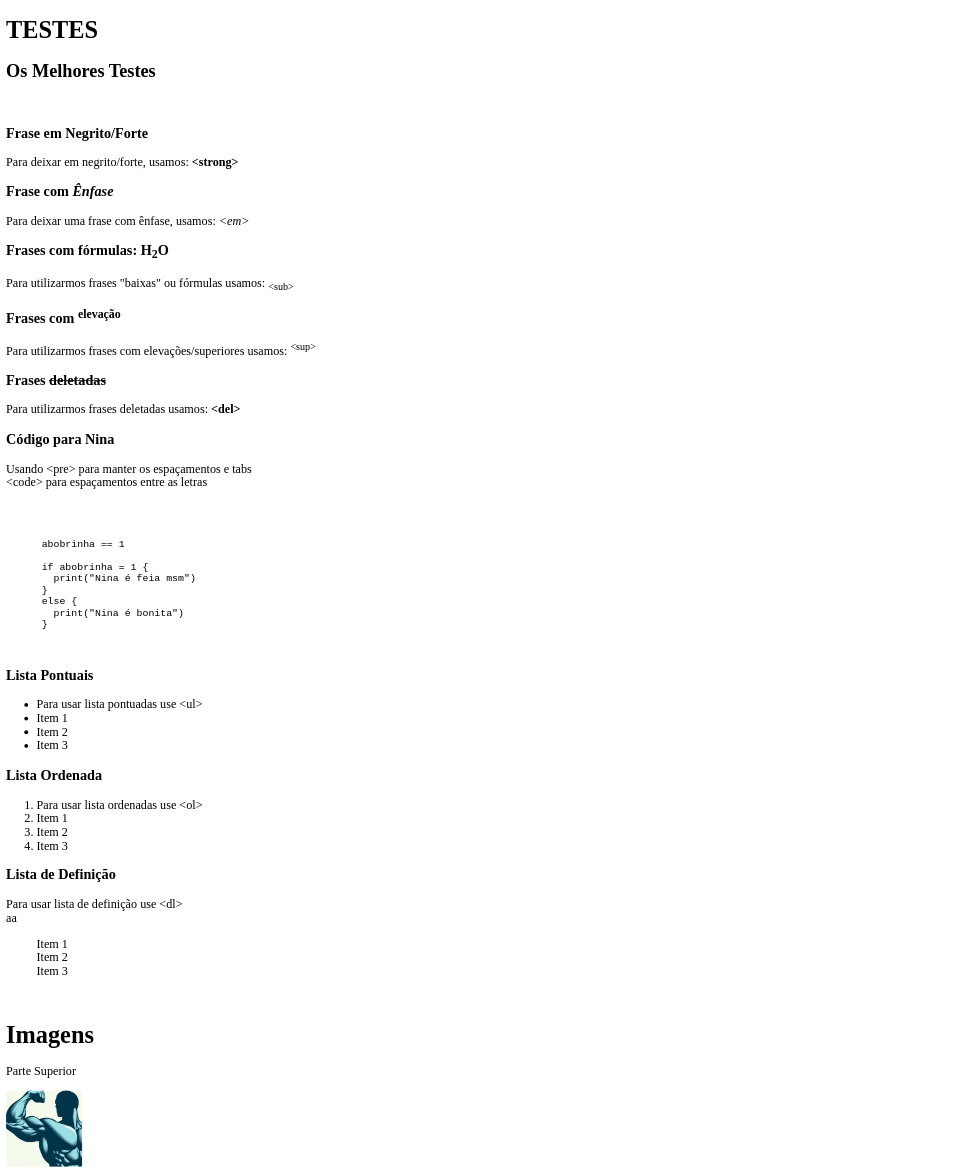
Repository: LuidyOn/Site_Forca_Total
Page: ForçaTotal/teste.html
The author's editor kept a copy of each file at every save. The page is drawn from the files as they stood at one save, then again after a run of saves.
The browser window is 1280 px wide. The pictures show the whole page, at 76% of full size.

Above is the page before, as saved 2025-05-15 14:04:42.

### ForçaTotal/teste.html
<!DOCTYPE html>
<html lang="pt-br">
<head>
  <meta charset="UTF-8">
  <meta name="viewport" content="width=device-width, initial-scale=1.0">
  <link rel="shortcut icon" href="img/icons/logo.ico" type="image/x-icon">
  <title>Testes Força total</title>
</head>
<body>
  <h1>TESTES</h1>
  <h2>Os Melhores Testes</h2>

  <p><hl></p>

  <p><br></p>

  <h3>Frase em <strong>Negrito/Forte</strong></h3>
  <p>Para deixar em negrito/forte, usamos: <strong>&lt;strong&gt;</strong></p>

  <h3>Frase com <em>Ênfase</em></h3>
  <p>Para deixar uma frase com ênfase, usamos: <em>&lt;em&gt;</em></p>

  <h3>Frases com fórmulas: H<sub>2</sub>O</h3>
  <p>Para utilizarmos frases "baixas" ou fórmulas usamos: <sub>&lt;sub&gt;</sub></p>

  <h3>Frases com <sup>elevação</sup></h3>
  <p>Para utilizarmos frases com elevações/superiores usamos: <sup>&lt;sup&gt;</sup></p>

  <h3>Frases <del>deletadas</del></h3>
  <p>Para utilizarmos frases deletadas usamos: <strong>&lt;del&gt;</strong></p>

  <h3>Código para Nina</h3>
  <p>Usando &lt;pre&gt; para manter os espaçamentos e tabs <br> &lt;code&gt; para espaçamentos entre as letras</p>

  <p><br></p>

  <pre>
    <code>
      abobrinha == 1

      if abobrinha = 1 {
        print("Nina é feia msm")
      }
      else {
        print("Nina é bonita")
      }
    </code>
  </pre>

  <h3>Lista Pontuais</h3>
  <ul>
    <li>Para usar lista pontuadas use &lt;ul&gt;</li>
    <li>Item 1</li>
    <li>Item 2</li>
    <li>Item 3</li>
  </ul>

  <h3>Lista Ordenada</h3>
  <ol>
    <li>Para usar lista ordenadas use &lt;ol&gt;</li>
    <li>Item 1</li>
    <li>Item 2</li>
    <li>Item 3</li>
  </ol>

  <h3>Lista de Definição</h3>
  <dl>
    <dt>Para usar lista de definição use &lt;dl&gt;</dt>
    <dt>
      aa
    </dl>
    <dd>Item 1</dd>
    <dd>Item 2</dd>
    <dd>Item 3</dd>

  <p><br></p>

  <h1>Imagens</h1>
  <p>Parte Superior</p>
  <img src="img/parteSerior.png" alt="parte superior" style="width: 100px; height: 100px;">
</body>
</html>

After the next 2 saves:
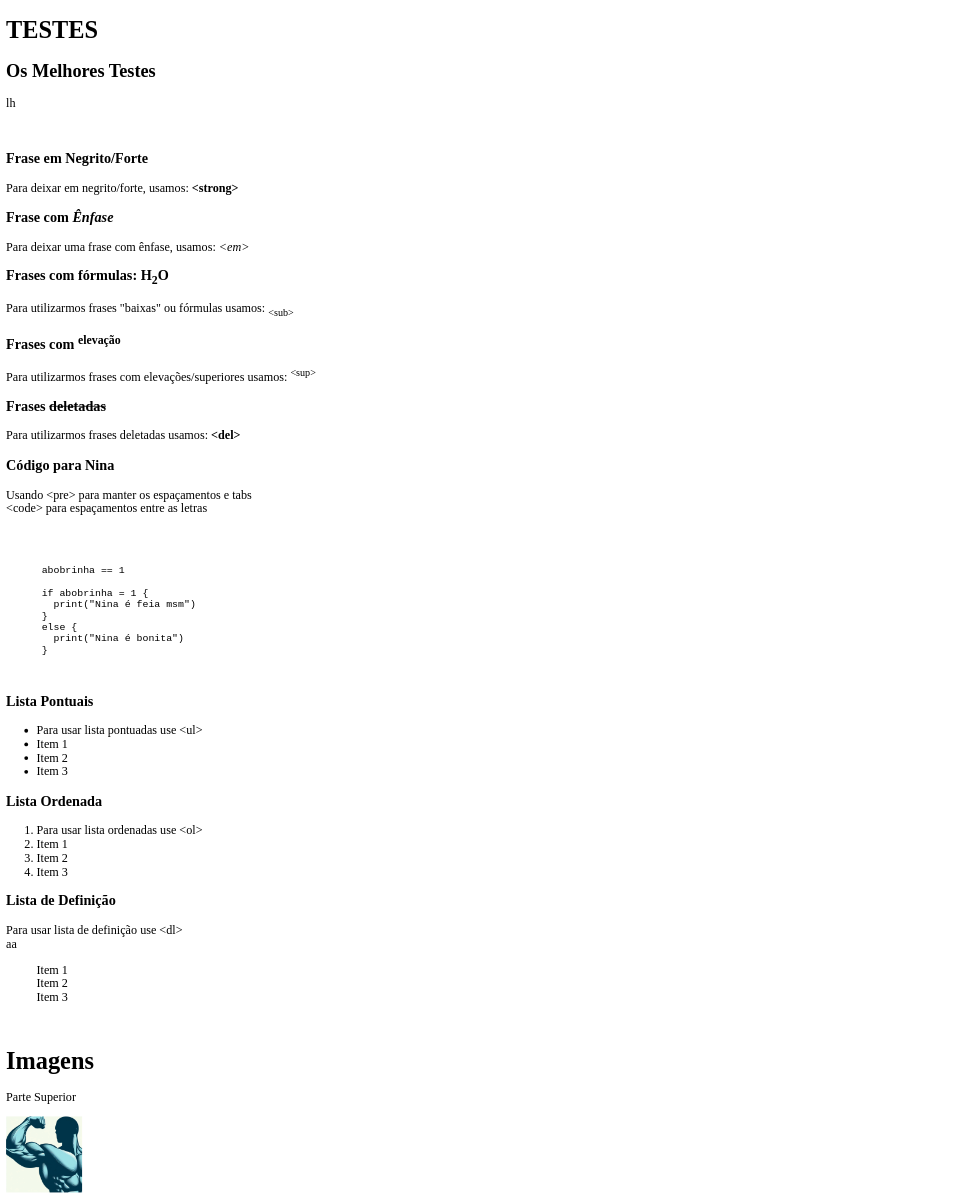
The 2 saves are shown as one change because they came seconds apart.
The last was saved 17 s later.
--- a/ForçaTotal/teste.html
+++ b/ForçaTotal/teste.html
@@ -10,7 +10,7 @@
   <h1>TESTES</h1>
   <h2>Os Melhores Testes</h2>
 
-  <p><hl></p>
+  lh
 
   <p><br></p>
 

After the save that followed:
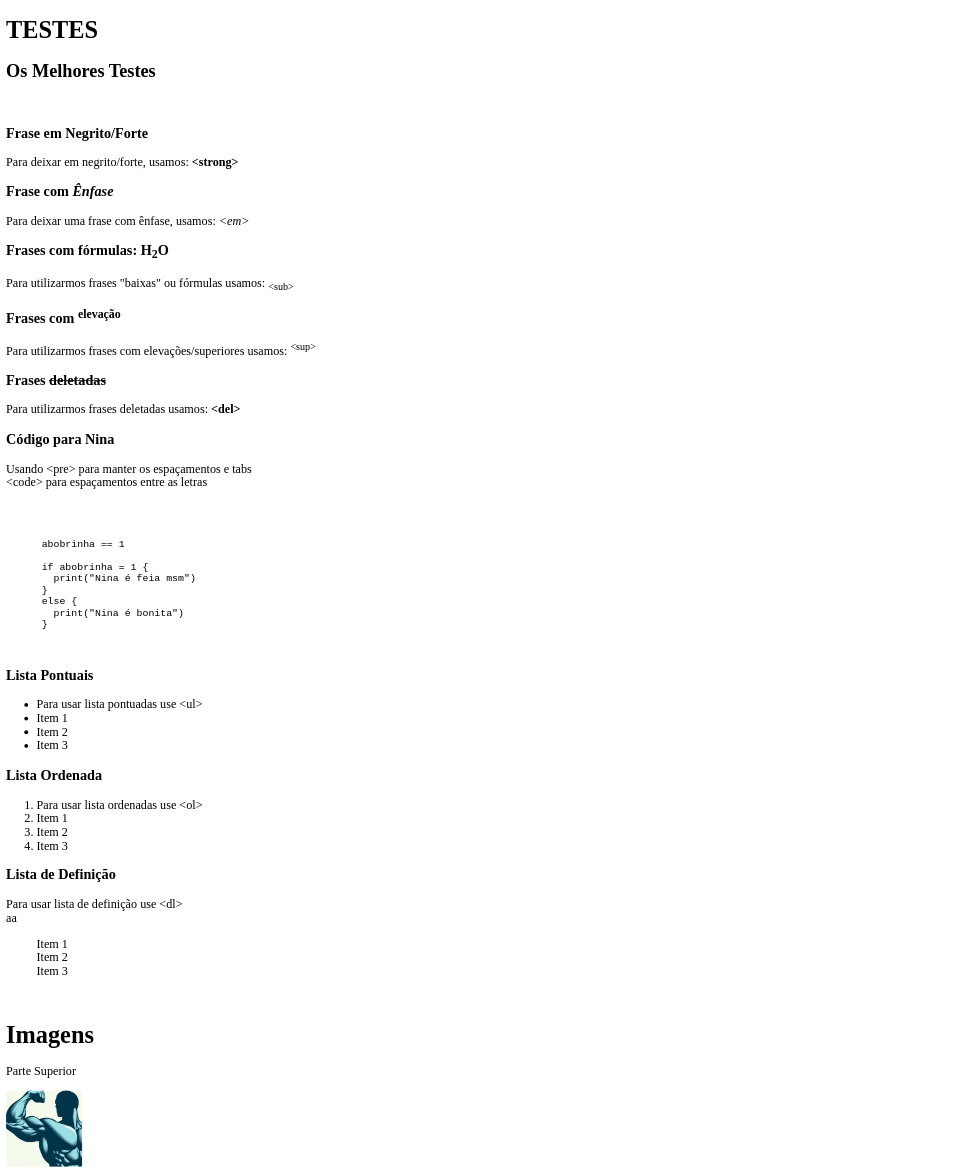
Saved 4 s later.
--- a/ForçaTotal/teste.html
+++ b/ForçaTotal/teste.html
@@ -10,7 +10,7 @@
   <h1>TESTES</h1>
   <h2>Os Melhores Testes</h2>
 
-  lh
+
 
   <p><br></p>
 
